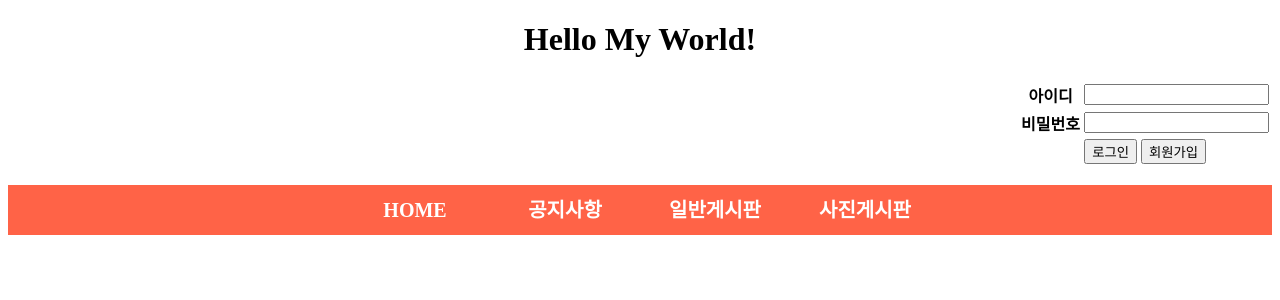
Repository: Developer-Choi-Jae-Young/ServletPractice
Page: http://localhost/jspProject/
The author's editor kept a copy of each file at every save. The page is drawn from the files as they stood at one save, then again after the next save.
The browser window is 1280 px wide. The pictures show the whole page.
The page is served by Tomcat 9. Other server files are loaded and not shown.

Above is the page before, as saved 2024-09-03 01:01:36.

### jspProject/src/main/webapp/index.jsp
<%@page import="java.sql.Connection"%>
<%@page import="com.kh.common.JDBCTemplate"%>
<%@ page language="java" contentType="text/html; charset=UTF-8"
    pageEncoding="UTF-8"%>
<!DOCTYPE html>
<html>
<head>
<meta charset="UTF-8">
<title>Hello</title>
</head>
<body>
	<%--
		* 회원서비스
					| C (insert)	| R (select)	| U (update)	| D (delete)
		============================================================================
			로그인	|				|		O		|				|
			회원가입	|		O		|				|				|
			마이페이지	|				|		O		|				|
			정보수정	|				|				|		O		|
			회원탈퇴	|				|				|		O		|		-
		아이디중복체크	|				|		O		|				|
		============================================================================
	 --%>

	 <%--
	 	JDBCTemplate.getConnection();
	 --%>

	 <%@ include file="views/common/menubar.jsp" %>


</body>
</html>

### jspProject/src/main/webapp/views/common/menubar.jsp
<%@ page language="java" contentType="text/html; charset=UTF-8"
    pageEncoding="UTF-8"%>
<%@ taglib prefix="c" uri="http://java.sun.com/jsp/jstl/core" %>
<!DOCTYPE html>
<html>
<head>
<meta charset="UTF-8">
<title>Insert title here</title>

<!-- jQuery libaray -->
<script src="https://ajax.googleapis.com/ajax/libs/jquery/3.7.1/jquery.min.js"></script>



<style>
	.login-area > *{
		float: right;
	}

	.login-area a {
		text-decoration: none;
		color: black;
		font-size: 12px;
	}

	.nav-area{
		background-color: tomato;
	}

	.menu {
		display: table-cell;
		width: 150px;
		height: 50px;
	}

	.menu a {
		text-decoration: none;
		color: white;
		font-size: 20px;
		font-weight: 900;
		display: inline-block;
		width: 100%;
		height: 100%;
		line-height: 50px;
	}

	.menu a:hover {
		background-color: lightsalmon;
	}
</style>
</head>
<body>
<%
	String contextPath = request.getContextPath();
	String alertMsg = (String)session.getAttribute("alertMsg");
%>
	<% if(alertMsg != null) { %>
	<script>
		alert("<%= alertMsg %>");
	</script>
	<% session.removeAttribute("alertMsg"); %>
	<% } %>

	<h1 align="center">Hello My World!</h1>

	<div class="login-area">
		<c:choose>
			<c:when test="${ empty loginUser }">
				<!-- 로그인 전 -->
				<form action="<%= contextPath %>/login.me" method="post">
					<table>
						<tr>
							<th>아이디</th>
							<td>
								<input type="text" name="userId" required>
							</td>
						</tr>
						<tr>
							<th>비밀번호</th>
							<td>
								<input type="password" name="userPwd" required>
							</td>
						</tr>
						<tr>
							<th colspan="2">
								<button type="submit">로그인</button>
								<button type="button" onclick="enrollPage();">회원가입</button>
							</th>
						</tr>
					</table>
					<script>
						// 회원가입 페이지 요청
						function enrollPage() {
							// location.href = "<%= contextPath %>/views/member/memberEnrollForm.jsp";
							// => 웹 페이지에서 폴더 구조를 그대로 노출하게 되면 보안에 취약!

							// 서블릿을 사용하여 페이지 요청
							location.href = "<%= contextPath %>/enrollForm.me"
						}
					</script>
				</form>
			</c:when>
			<c:otherwise>
				<!-- 로그인 후 -->
				<div>
					<b>${ loginUser.userName }</b>님의 방문을 환영합니다 ^^ <br><br>

					<div align="center">
						<a href="<%= contextPath %>/myPage.me">마이페이지</a>
						<a href="<%= contextPath %>/logout.me">로그아웃</a>
					</div>
				</div>
			</c:otherwise>
		</c:choose>

	</div>

	<br clear="both">
	<br>

	<div class="nav-area" align="center">
		<div class="menu"><a href="<%= contextPath %>">HOME</a></div>
		<div class="menu"><a href="#">공지사항</a></div>
		<div class="menu"><a href="#">일반게시판</a></div>
		<div class="menu"><a href="#">사진게시판</a></div>
	</div>
</body>
</html>

After the next save:
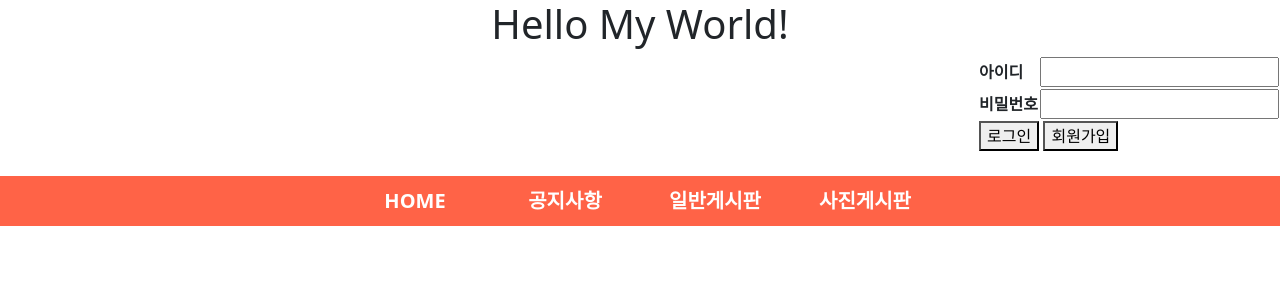
Saved 41 s later.
--- a/jspProject/src/main/webapp/views/common/menubar.jsp
+++ b/jspProject/src/main/webapp/views/common/menubar.jsp
@@ -10,7 +10,9 @@
 <!-- jQuery libaray -->
 <script src="https://ajax.googleapis.com/ajax/libs/jquery/3.7.1/jquery.min.js"></script>
 
-
+<!-- bootstrap -->
+<link href="https://cdn.jsdelivr.net/npm/bootstrap@5.3.3/dist/css/bootstrap.min.css" rel="stylesheet" integrity="sha384-QWTKZyjpPEjISv5WaRU9OFeRpok6YctnYmDr5pNlyT2bRjXh0JMhjY6hW+ALEwIH" crossorigin="anonymous">
+<script src="https://cdn.jsdelivr.net/npm/bootstrap@5.3.3/dist/js/bootstrap.bundle.min.js" integrity="sha384-YvpcrYf0tY3lHB60NNkmXc5s9fDVZLESaAA55NDzOxhy9GkcIdslK1eN7N6jIeHz" crossorigin="anonymous"></script>
 
 <style>
 	.login-area > *{
